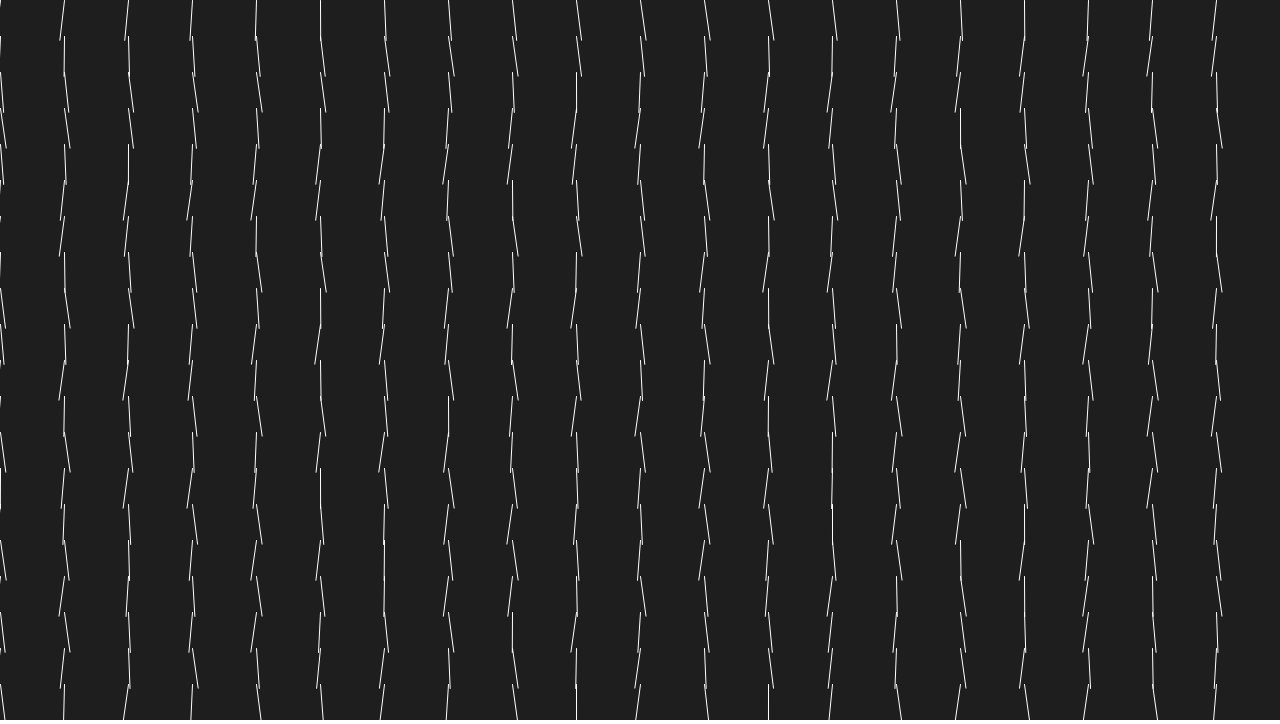
Repository: dylanreimer/electrocrafting
Page: projects/pendulum/index.html
These files come from the project's save history. The page is drawn as it stood at one moment and after the next save; the edit follows.
The browser window is 1280 px wide. The pictures show the whole page.

Above is the page before, as saved 2021-10-19 01:16:16.

### projects/pendulum/index.html
<!DOCTYPE html>
<html lang="en">
  <head>
    <meta charset="UTF-8" />
    <meta http-equiv="X-UA-Compatible" content="IE=edge" />
    <meta name="viewport" content="width=device-width, initial-scale=1.0" />
    <style>
      body {
      padding: 0;
      margin: 0;
    }
    </style>
    <title>pendulum</title>
      <script src="libs/p5.js"></script>
      <script src="libs/p5.dom.min.js"></script>
      <script src="libs/p5.sound.min.js"></script>
    </head>
  <body>
    <script src="sketch.js"></script>
    <script src="pendulum.js"></script>
  </body>
</html>

### projects/pendulum/sketch.js
const canvasWidth = window.innerWidth;
const canvasHeight = window.innerHeight;

let pendulums = [];

let cols = 20, rows = 20;


function preload() {

}

function setup() {
    createCanvas(canvasWidth, canvasHeight);

    pendulums = make2d(cols, rows);

    for(let i = 0; i < cols; i++) {
        for(let j = 0; j < rows; j++) {

          const xangle = map(mouseX, 0, width, -TWO_PI, TWO_PI);
          const yangle = map(mouseY, 0, height, -TWO_PI, TWO_PI);

          angle = (xangle * (i / width)*4) + (yangle * (j / height)*8);

          //console.log(angle);
          c = map(angle, -2, 2, 0, 50);

          pendulums[i][j] = new Pendulum(i*(canvasWidth/cols), j*(canvasHeight/rows), c/0.8);
        }
    }
}



function draw() {
    background(30);

    for(let i =0; i < cols; i++){
        for(let j = 0; j < rows; j++) {
            pendulums[i][j].render();
            pendulums[i][j].update();
        }
    }
}



function make2d(cols, rows) {
    let array = new Array(cols);
    for (let i = 0; i < array.length; i++) {
        array[i] = new Array(rows);
    }
    return array
}

### projects/pendulum/pendulum.js
class Pendulum {
    constructor(x, y, size, radius=40, velocity=0.01, color=[255, 255, 255]) {
        this.origin = {x: x, y: y};
        this.center = {x: x, y: y};
        this.lineStart = {x: x, y: y};
        this.size = size;
        this.swingRadius = radius;
        this.color = color;
        this.angle = PI/2;
        this.gravity = 0.9;
        this.damping = 0.9995;
        this.accel = 0;
        this.velocity = velocity;
    };

    update() {
        this.updateAngle();
        this.updatePosition();
    };

    render() {
        this.renderArm();
        this.renderWeight();
    };

    updateAngle() {
        this.accel = (-1 * this.gravity/this.size) * sin(this.angle);
        this.velocity += this.accel;
        this.velocity *= this.damping;
        this.angle += this.velocity;

        this.damping -= 0.0001
    };

    updatePosition() {
        this.center.x = sin(this.angle) * this.swingRadius + this.origin.x;
        this.center.y = cos(this.angle) * this.swingRadius + this.origin.y;
    };

    renderArm() {
        stroke(255);
        line(this.center.x, this.center.y, this.lineStart.x, this.lineStart.y);
    }

    renderWeight() {
        fill(this.color);
        ellipse(this.center.x, this.center.y, this.size);
    }


}

Loaded but not shown: projects/aframe/libraries/p5.js (library); projects/pendulum/libs/p5.dom.min.js (library); projects/pendulum/libs/p5.sound.min.js (library)

After the next save:
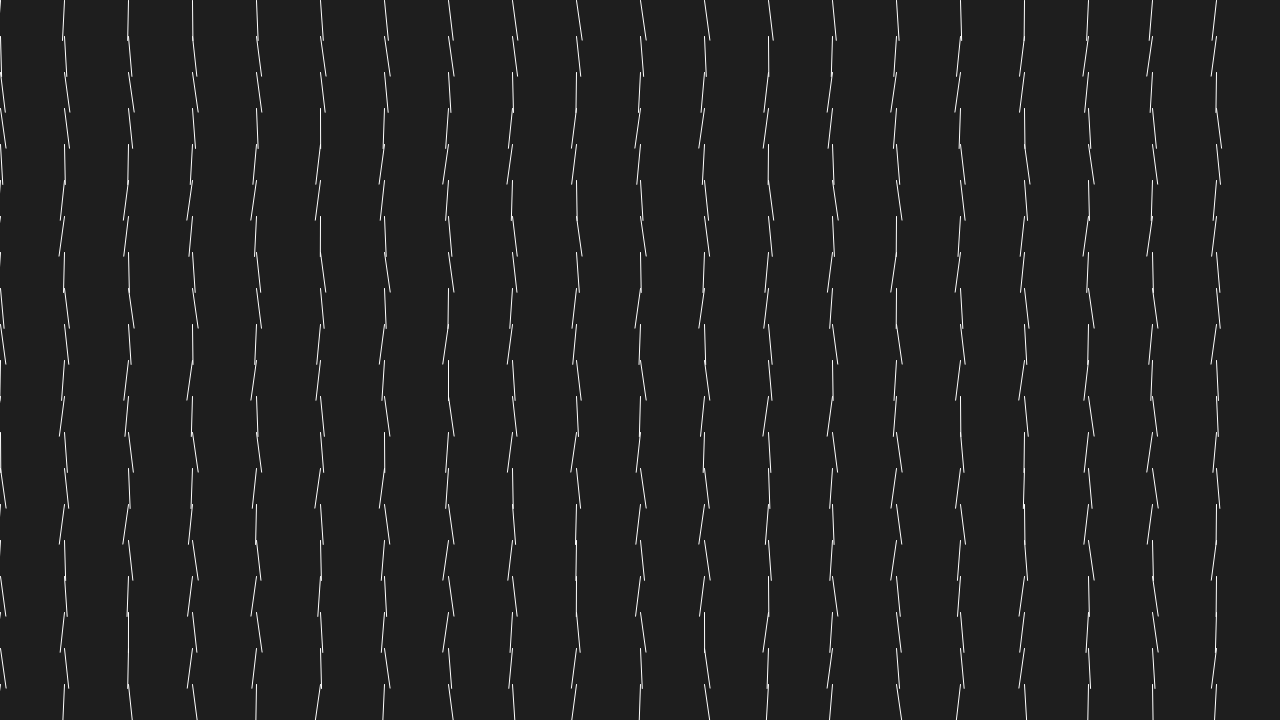
Saved 15 s later.
--- a/projects/pendulum/pendulum.js
+++ b/projects/pendulum/pendulum.js
@@ -7,7 +7,7 @@
         this.swingRadius = radius;
         this.color = color;
         this.angle = PI/2;
-        this.gravity = 0.9;
+        this.gravity = 0.7;
         this.damping = 0.9995;
         this.accel = 0;
         this.velocity = velocity;
